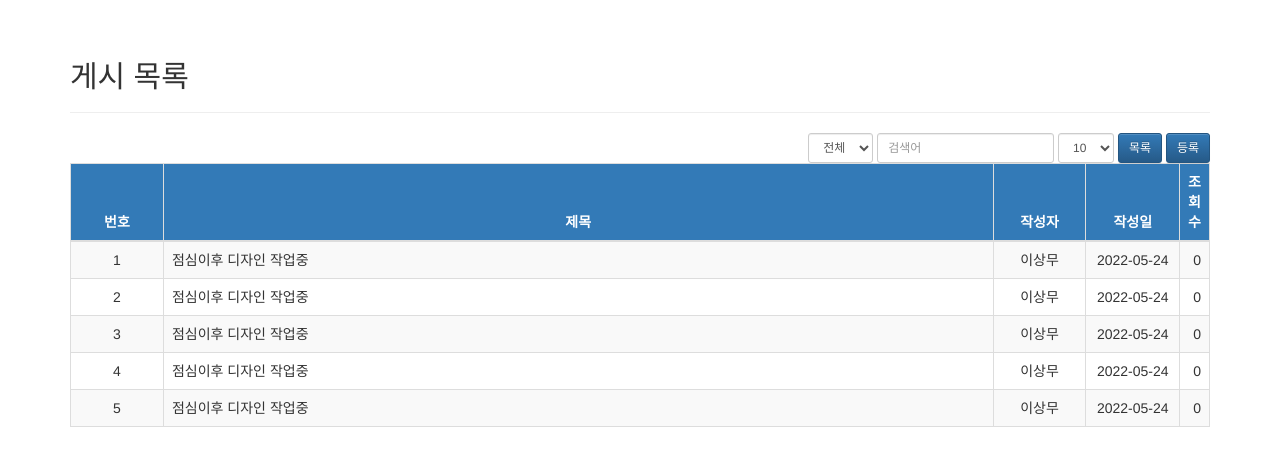
Repository: dongseon-git/WEB_JSP
Page: workspace/studyhtml5/WebContent/bootstrap/boot_list.html
An editor plug-in stored every save of this project. The page is shown before and after the next save, followed by the edit.
The browser window is 1280 px wide. The pictures show the whole page.

Above is the page before, as saved 2022-05-24 06:32:17.

After the next save:
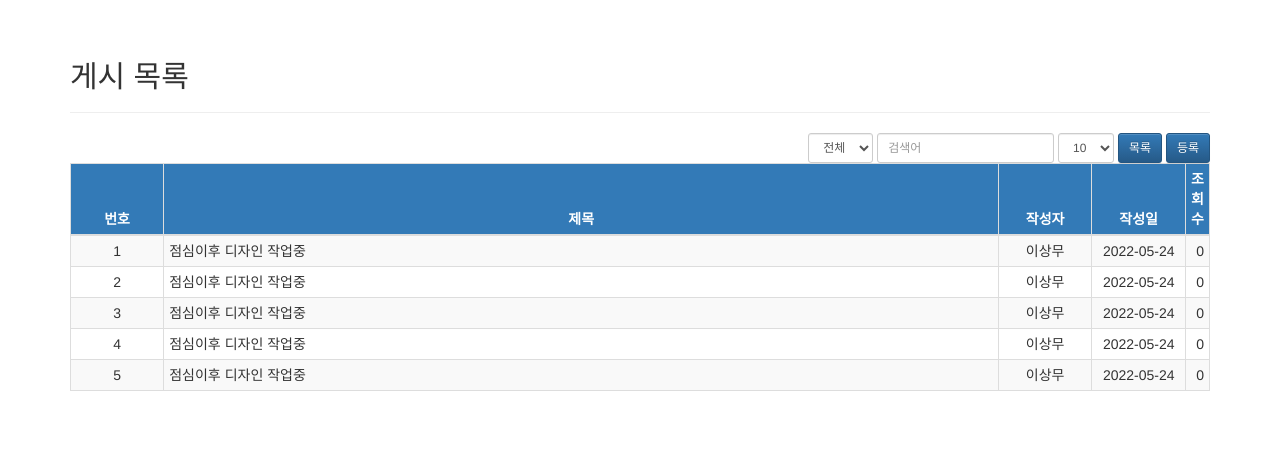
Saved 30 s later.
--- a/workspace/studyhtml5/WebContent/bootstrap/boot_list.html
+++ b/workspace/studyhtml5/WebContent/bootstrap/boot_list.html
@@ -56,7 +56,7 @@
     <!-- //검색영역 -->
     <!-- table -->
     <div class="table-responsive">
-    <table class="table table-striped table-bordered table-hover">
+    <table class="table table-striped table-bordered table-hover table-condensed">
     <thead class="bg-primary">
     <tr>
     <th class="text-center col-sm-1 col-md-1 col-lg-1">번호</th>
